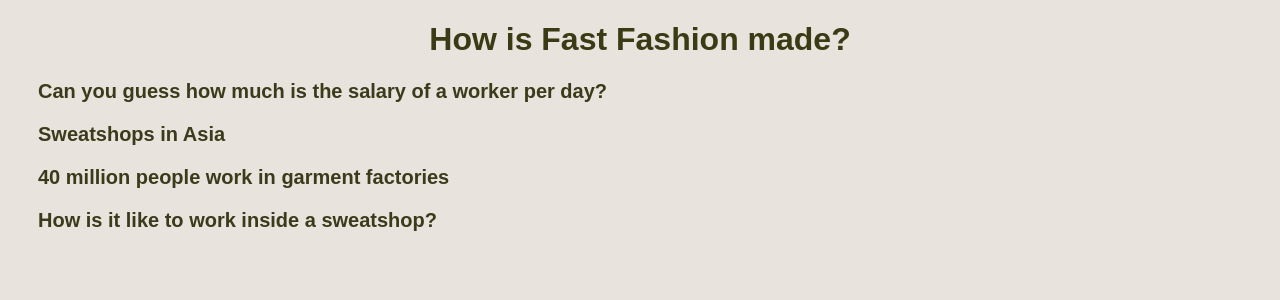
Repository: DevOfHockey/mdia-2190-midterm
Page: fashionlabor.html
The author's editor kept a copy of each file at every save. The page is drawn from the files as they stood at one save, then again after the next save.
The browser window is 1280 px wide. The pictures show the whole page.

Above is the page before, as saved 2022-03-01 13:34:55.

After the next save:
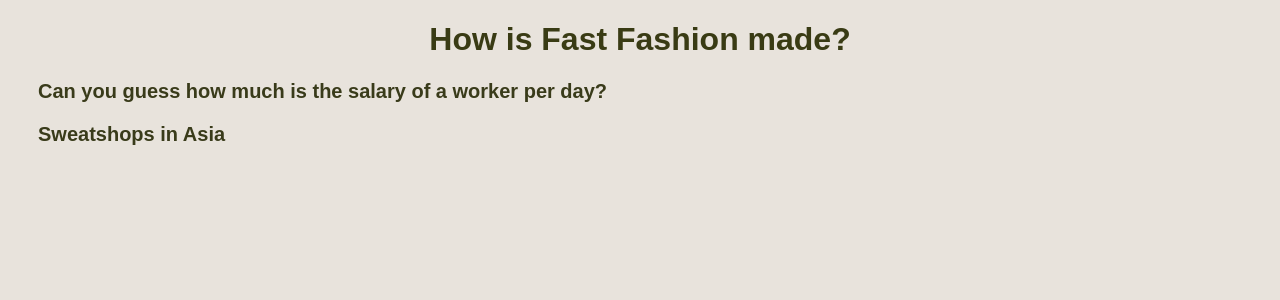
Saved 21 s later.
--- a/fashionlabor.html
+++ b/fashionlabor.html
@@ -29,11 +29,5 @@
     <the-info
       name="Sweatshops in Asia">
     </the-info>
-    <the-info
-      name="40 million people work in garment factories">
-    </the-info>
-    <the-info
-      name="How is it like to work inside a sweatshop?">
-    </the-info>
   </body>
 </html>
